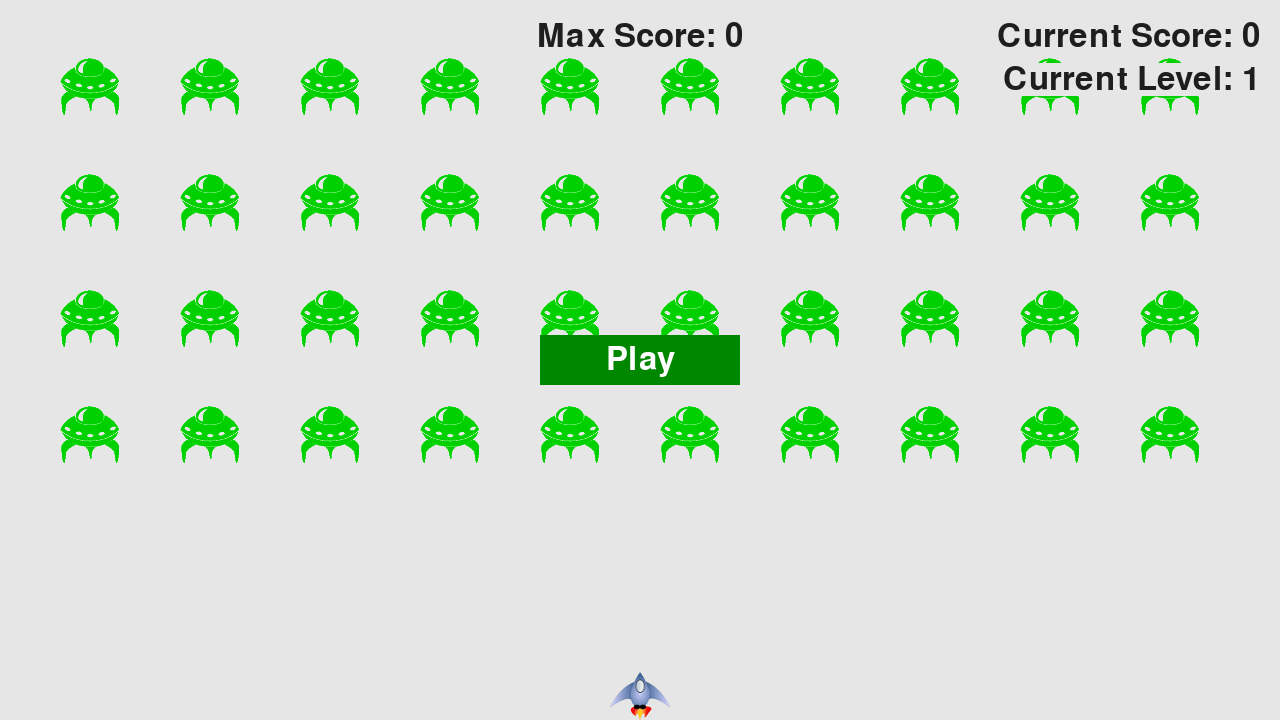
Repository: linus-pan-2089/myGame
Script's output: python alien_invasion.py
These files come from the project's save history. The script's output is drawn as it stood at one moment and after the next save; the edit follows.
The window is shown after at most 60 frames with no key pressed. Random numbers start from a fixed seed. It also reads images/alien.bmp, images/ship.bmp.

Above is the script's output before, as saved 2025-09-28 12:56:19.

After the next save:
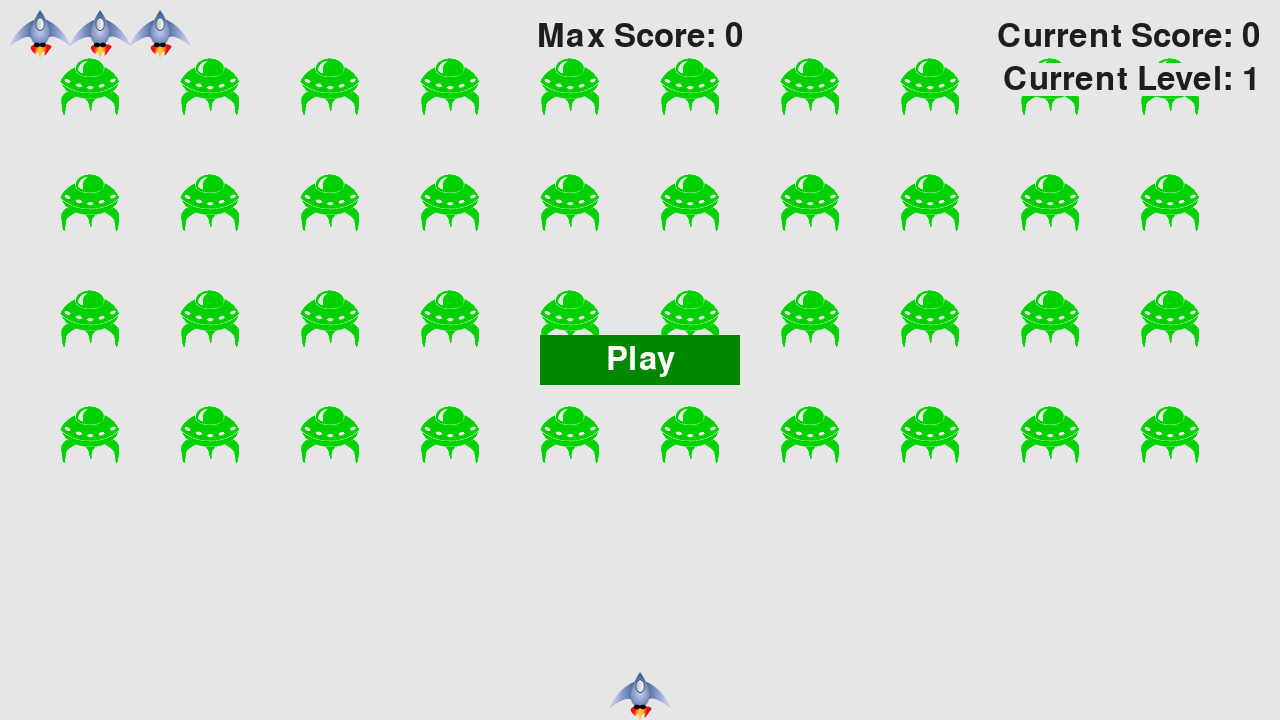
Saved 64 s later.
--- a/scoreboard.py
+++ b/scoreboard.py
@@ -65,6 +65,7 @@
         self.screen.blit(self.score_image, self.score_rect)
         self.screen.blit(self.high_score_image, self.high_score_rect)
         self.screen.blit(self.level_image, self.level_rect)
+        self.ships.draw(self.screen)
 
     def check_high_score(self):
         if self.stats.score > self.stats.high_score:
